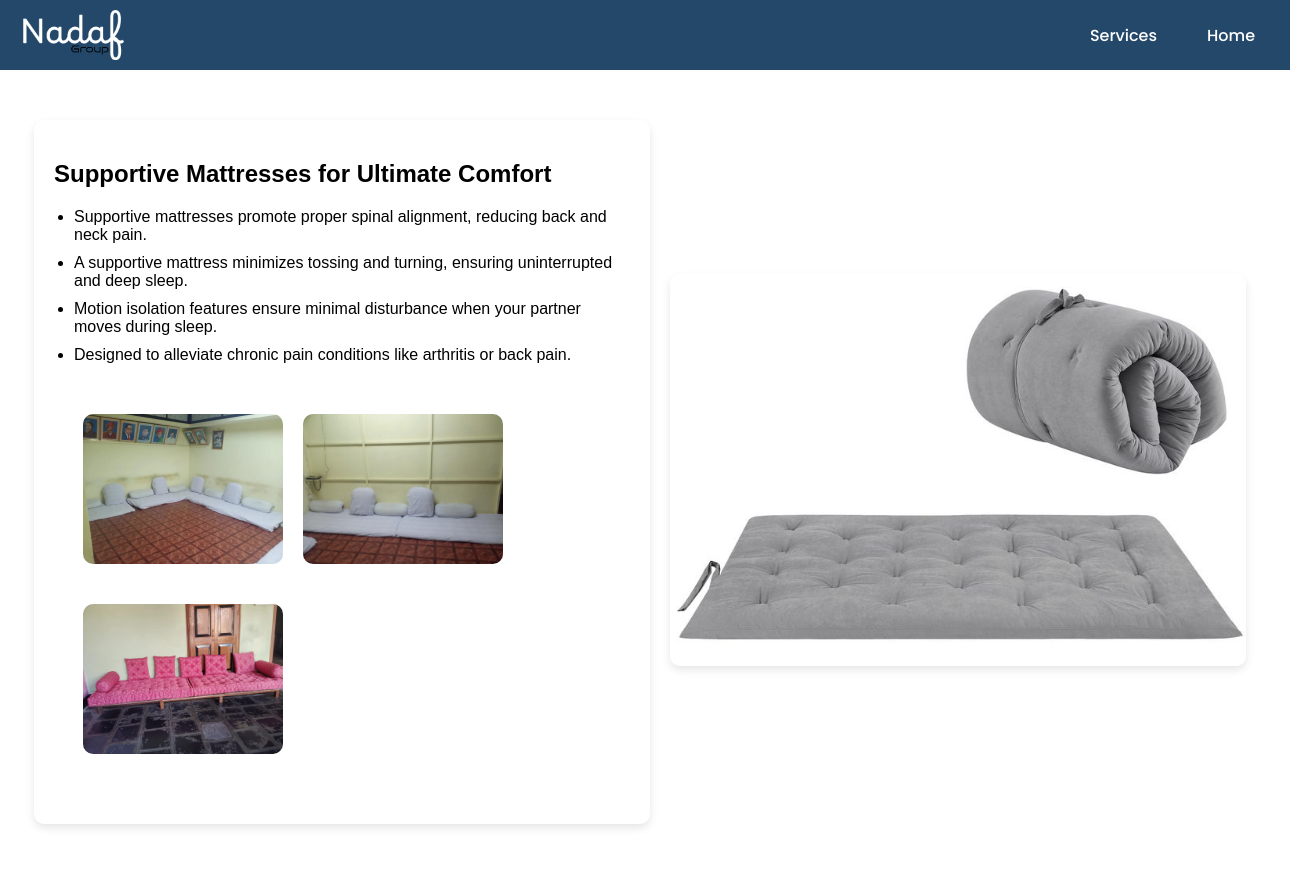
Repository: nadafgroup/rashidgadiUI
Page: src/rent.html
The author's editor kept a copy of each file at every save. The page is drawn from the files as they stood at one save, then again after the next save.
The browser window is 1280 px wide. The page is 1296 px wide, then 1290 px, so the pictures cover 1296 px, including what lies to the right of the window. The pictures show the whole page.

Above is the page before, as saved 2025-01-29 16:21:11.
Console error: TypeError: Cannot read properties of null (reading 'addEventListener')

### src/rent.html
<!DOCTYPE html>
<html lang="en">
<head>
    <meta charset="UTF-8">
    <meta name="viewport" content="width=device-width, initial-scale=1.0">
    <title>Mattresses</title>
    <link rel="stylesheet" href="./products.css">
</head>
<body>
    <header>
        <div class="logo">
            <img src="../assets/img/logo2.png" class="logo" alt="">
        </div>

        <div class="nav-right">
            <ul>
                <li class="dropdown">
                    <a href="#" class="dropbtn">Services</a>
                    <div class="dropdown-content">
                        <a href="./bed.html">Bed Mattresses</a>
                        <a href="./pillow.html">Pillow Mattresses</a>
                        <a href="./sofa.html">Sofa Mattresses</a>
                        <a href="./repair.html">Mattresses Repair</a>
                        <a href="./rent.html">Mattresses Rent</a>
                        <a href="./furniture.html">Furniture</a>
                    </div>
                </li>
                <li><a href="./home.html">Home</a></li>
            </ul>
        </div>
    </header>

    <div class="container">
        <div class="info" style="width: 90vw;">
            <h2>Supportive Mattresses for Ultimate Comfort</h2>
            <ul>
                <li>Supportive mattresses promote proper spinal alignment, reducing back and neck pain.</li>
                <li>A supportive mattress minimizes tossing and turning, ensuring uninterrupted and deep sleep.</li>
                <li>Motion isolation features ensure minimal disturbance when your partner moves during sleep.</li>
                <li>Designed to alleviate chronic pain conditions like arthritis or back pain.</li>
            </ul>
            <div class="rent-gallery">
                <img src="../assets/img/real img/r2.webp" class="rent-img" alt="Gallery Image 1">
                <img src="../assets/img/real img/r3.webp" class="rent-img" alt="Gallery Image 2">
                <img src="../assets/img/real img/r8.webp" class="rent-img" alt="Gallery Image 3">
            </div>
        </div>

        <div class="image-container">
            <img src="../assets/img/rent.webp" alt="Mattress">
        </div>
    </div>

    <!-- Modal for displaying images in full screen -->
    <div id="imageModal" class="modal">
        <span class="close" id="closeModal">&times;</span>
        <img class="modal-content" id="modalImage" alt="Full-size image">
    </div>

    <script src="./products.js"></script>
</body>
</html>


<style>
    @media (max-width: 1024px) {
    .container {
        flex-direction: column;
        align-items: center;
        padding: 20px;
    }
    .info, .image-container {
        width: 90%;
    }
}

@media (max-width: 768px) {
    .nav-right ul {
        flex-direction: column;
        align-items: center;
    }
    .nav-right ul li {
        margin: 10px 0;
    }
    .rent-gallery {
        flex-direction: column;
        align-items: center;
    }
    .rent-gallery .rent-img {
        width: 90%;
        height: auto;
    }
}

@media (max-width: 480px) {
    .container {
        padding: 10px;
    }


    .info h2 {
        font-size: 1.2rem;
    }
    .info ul li {
        font-size: 0.9rem;
    }
    .rent-gallery .rent-img {
        width: 100%;
    }
    .image-container img {
        width: 100%;
    }
}
</style>

### src/products.css
@font-face {
    font-family: 'poppins';
    src: url('../assets/fonts/Poppins/Poppins-Medium.ttf') format('truetype');
}

@font-face {
    font-family: 'inter';
    src: url('../assets/fonts/Inter/Inter-VariableFont_opsz\,wght.ttf') format('truetype');
}

@font-face {
    font-family: 'Exo';
    src: url('../assets/fonts/Exo2-VariableFont_wght.ttf') format('truetype');
}

body {
    margin: 0;
    padding: 0;
    overflow-x: hidden; /* Prevent horizontal scrolling */
    font-family: Arial, sans-serif;
    display: flex;
    flex-direction: column;
    align-items: center;
    /* background: linear-gradient(to bottom, #f9f9f9, #e0e0e0); */
    height: 100vh;
}

header {
    width: 100%;
    padding: 10px;
    display: flex;
    justify-content: space-between;
    align-items: center;
    background-color: #23486A;
    color: white;
    font-size: 1rem;
}

.nav-right ul {
    display: flex;
    list-style: none;
    margin: 0;
    padding: 0;
}

.nav-right ul li {
    margin: 0 15px;
}

.nav-right ul li a {
    text-decoration: none;
    color: white;
    padding: 10px;
    transition: 0.3s;
    font-family: 'poppins';
}

.nav-right ul li a:hover {
    background-color: #5c6bc0;
    border-radius: 5px;
}

.nav-right ul li.dropdown {
    position: relative;
}

.nav-right ul li.dropdown:hover .dropdown-content {
    display: block;
}

.nav-right ul li .dropdown-content {
    display: none;
    position: absolute;
    background-color: #3f51b5;
    min-width: 160px;
    z-index: 1;
    border-radius: 5px;
}

.nav-right ul li .dropdown-content a {
    padding: 10px;
    color: white;
    text-decoration: none;
    display: block;
}

.nav-right ul li .dropdown-content a:hover {
    background-color: #5c6bc0;
}

.logo {
    width: auto;
    height: 50px;
    margin-left: 10px;
    margin-bottom: 0px;
}

.container {
    display: flex;
    flex-direction: row;
    justify-content: center;
    align-items: center;
    padding: 50px;
    gap: 20px;
}

.info {
    flex: 1;
    padding: 20px;
    background: white;
    border-radius: 10px;
    box-shadow: 0 4px 8px rgba(0, 0, 0, 0.1);
    animation: slideInLeft 1s;
}

.info ul {
    list-style: disc;
    padding-left: 20px;
}

.info ul li {
    margin: 10px 0;
}

.image-container {
    flex: 1;
    animation: slideInRight 1s;
}

.image-container img {
    width: 100%;
    border-radius: 10px;
    box-shadow: 0 4px 8px rgba(0, 0, 0, 0.1);
}

.gallery {
    width: 90%;
    margin: 30px auto;
    display: flex;
    flex-wrap: wrap;
    gap: 10px;
    justify-content: center;
    animation: fadeIn 1.5s;
}

.gallery img {
    width: 200px;
    height: 150px;
    object-fit: cover;
    border-radius: 10px;
    margin: 20px;
    transition: transform 0.3s;
}

.gallery img:hover {
    transform: scale(1.1);
}


.rent-gallery {
    width: 90%;
    display: flex;
    flex-wrap: wrap;
    margin:30px auto ;
    animation: fadeIn 1.5s;
}

.rent-gallery .rent-img {
    width: 200px;
    height: 150px;
    object-fit: cover;
    border-radius: 10px;
    margin: 20px;
    margin-left: 0px;
    /* margin-top: 0px; */
    transition: transform 0.3s;
}

/* Modal Styles */
.modal {
    display: none; /* Hidden by default */
    position: fixed;
    z-index: 1; /* Sit on top */
    left: 0;
    top: 0;
    width: 100%; /* Full width */
    height: 100%; /* Full height */
    overflow: auto;
    background-color: rgb(0, 0, 0); /* Black background with opacity */
    background-color: rgba(0, 0, 0, 0.8); /* Transparent black */
    padding-top: 60px;
}

.modal-content {
    margin: auto;
    display: block;
    width: 80%;
    max-width: 700px;
    border-radius: 10px;
}

.close {
    color: #fff;
    font-size: 40px;
    font-weight: bold;
    position: absolute;
    top: 15px;
    right: 35px;
    cursor: pointer;
    transition: 0.3s;
}

.close:hover,
.close:focus {
    color: #f1f1f1;
    text-decoration: none;
    cursor: pointer;
}

@keyframes fadeIn {
    from { opacity: 0; }
    to { opacity: 1; }
}

@keyframes slideInLeft {
    from { transform: translateX(-100%); }
    to { transform: translateX(0); }
}

@keyframes slideInRight {
    from { transform: translateX(100%); }
    to { transform: translateX(0); }
}

/* Media Queries for Responsiveness */
@media (max-width: 768px) {
    .container {
        flex-direction: column; /* Switch to column layout */
        padding: 20px;
    }

    .info, .image-container {
        flex: none; /* Reset flex behavior */
        width: 100%;
    }

    .gallery img {
        width: 100%; /* Make gallery images take full width on small screens */
        height: auto;
    }
}

@media (max-width: 480px) {
    header {
        flex-direction: column;
        align-items: center;
    }

    .nav-right ul {
        flex-direction: column;
        align-items: center;
    }

    .nav-right ul li {
        margin: 10px 0;
    }

    .logo {
        margin: 10px 0;
    }
}

### src/products.js
// Toggle the mobile menu when the hamburger icon is clicked
document.getElementById('hamburger').addEventListener('click', function() {
    const menu = document.getElementById('menu');
    menu.classList.toggle('active');
});

After the next save:
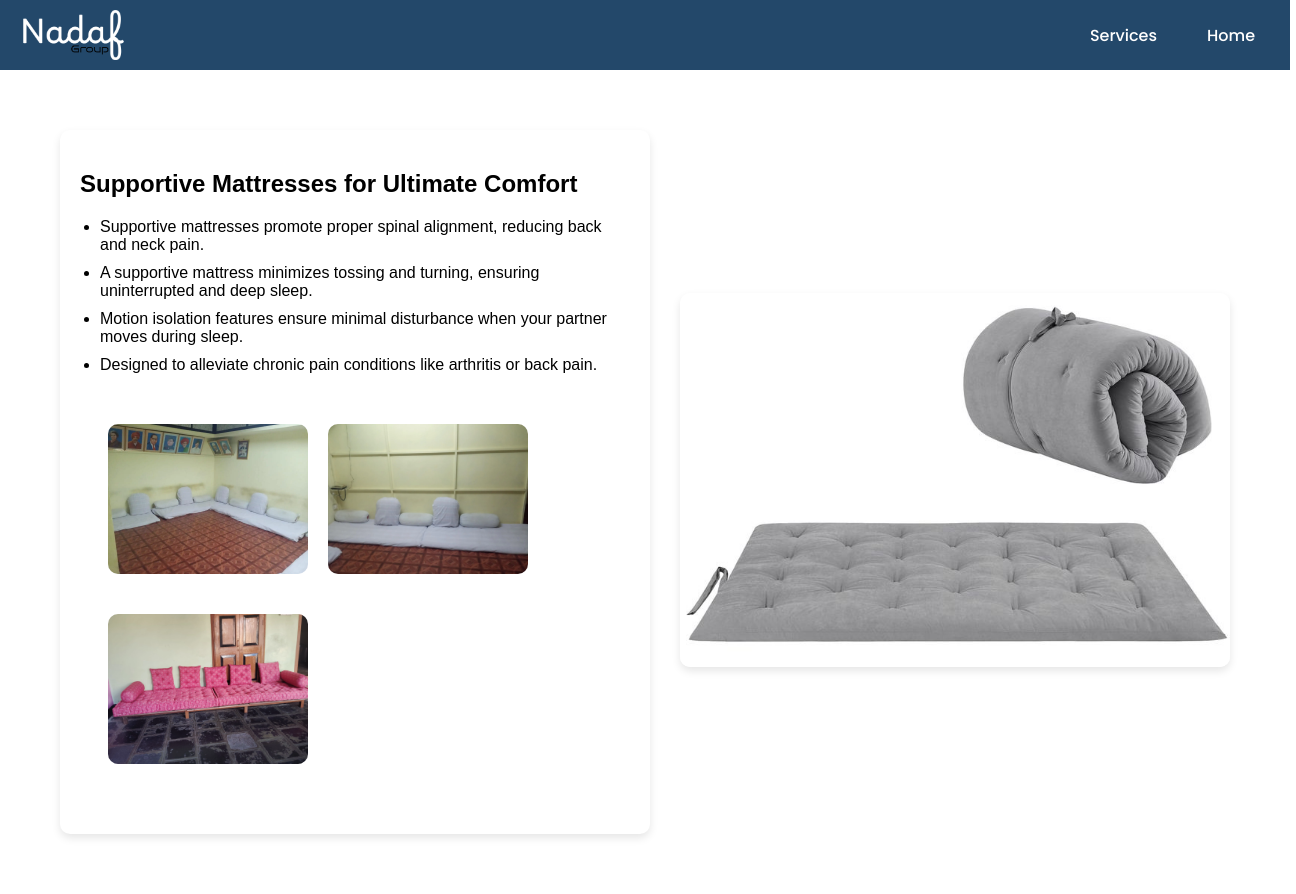
Saved 28 s later.
--- a/src/rent.html
+++ b/src/rent.html
@@ -31,7 +31,7 @@
     </header>
 
     <div class="container">
-        <div class="info" style="width: 90vw;">
+        <div class="info" style="margin: 10px;">
             <h2>Supportive Mattresses for Ultimate Comfort</h2>
             <ul>
                 <li>Supportive mattresses promote proper spinal alignment, reducing back and neck pain.</li>
